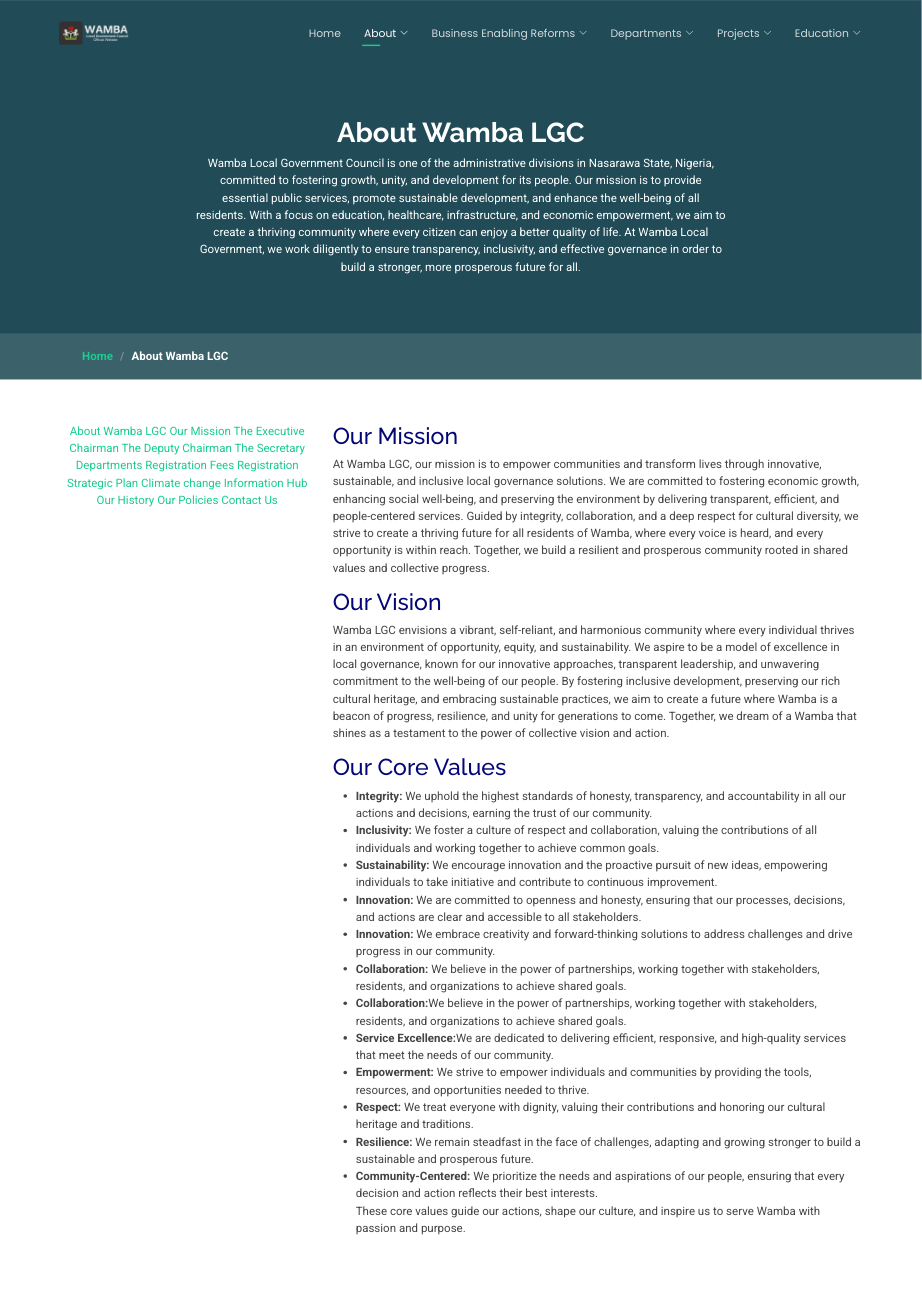
Repository: GlorifiedIntel/wamba-lgc
Page: about-wamba.html
The author's editor kept a copy of each file at every save. The page is drawn from the files as they stood at one save, then again after the next save.
The browser window is 1280 px wide. The pictures show the part of the page from y = 0 to 1822 px (the page is 3531 px tall before and 4003 px after), at 72% of full size.
A picture or video elsewhere on the page could not be fetched, so the positions and the page height are approximate.

Above is the page before, as saved 2025-02-06 02:01:49.
Console error: TypeError: Cannot read properties of null (reading 'click')

After the next save:
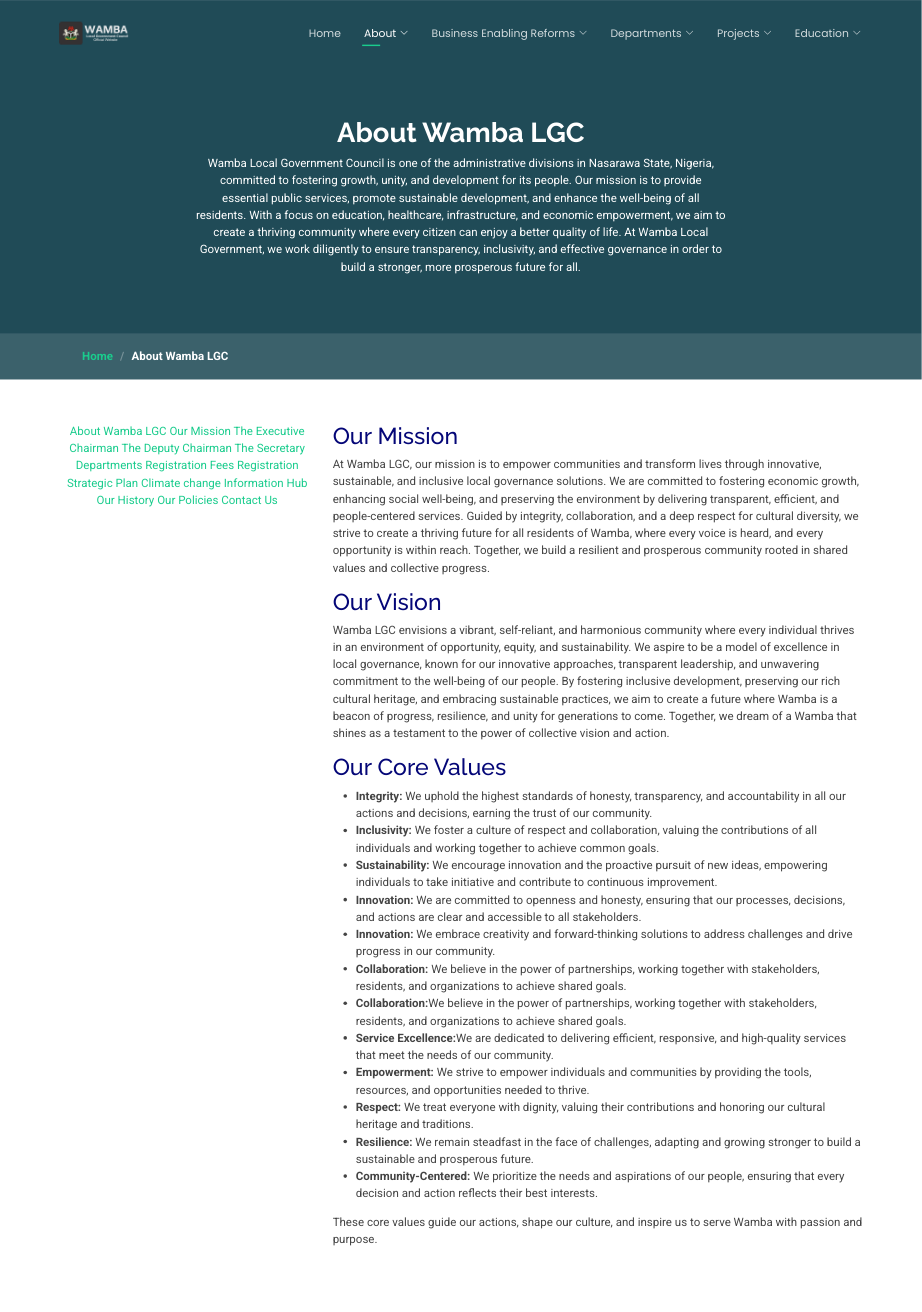
Saved 6 min 54 s later.
--- a/about-wamba.html
+++ b/about-wamba.html
@@ -165,8 +165,8 @@
           <li><strong>Respect:</strong> We treat everyone with dignity, valuing their contributions and honoring our cultural heritage and traditions.</li>
           <li><strong>Resilience:</strong> We remain steadfast in the face of challenges, adapting and growing stronger to build a sustainable and prosperous future. </li>
           <li><strong>Community-Centered:</strong> We prioritize the needs and aspirations of our people, ensuring that every decision and action reflects their best interests.</li>
-          <p>These core values guide our actions, shape our culture, and inspire us to serve Wamba with passion and purpose.</p>
     </ul>
+    <p>These core values guide our actions, shape our culture, and inspire us to serve Wamba with passion and purpose.</p>
 </div>
 </section><!-- /Section end -->
 </main>
@@ -178,7 +178,18 @@
             <div class="me-md-2 me-lg-5 text-center mt-5 mt-md-0">
               <span class="text-muted">Our Goals</span>
               <h2 class="display-5 fw-bold">Our Strategic Goals</h2>
-              <p class="elhanan">Business innovation, equity, and resilience are the core principles that guide the efforts of the Nasarawa State Ministry of Trade, Industry, and Investment. These principles are fundamental to our primary objective of enhancing Nasarawa State’s competitiveness in the global economy. The Ministry is committed to a singular, overarching goal: to improve Nasarawa’s economic competitiveness both locally and globally. Each of the Ministry's strategic goals is designed to advance this mission and support the achievement of this critical objective.</p>
+              <ul>
+                <li><strong>Enhance Service Delivery:</strong> Improve the quality, efficiency, and accessibility of public services to meet the needs of all residents.</li>
+                <li><strong>Promote Economic Growth:</strong> Foster local economic development by supporting entrepreneurship, creating job opportunities, and attracting investments.</li>
+                <li><strong>Ensure Sustainable Development:</strong> Implement environmentally friendly policies and practices to protect natural resources and promote sustainable community growth.</li>
+                <li><strong>Strengthen Community Engagement:</strong> Build stronger partnerships with residents, stakeholders, and organizations to ensure inclusive participation in decision-making processes.</li>
+                <li><strong>Improve Infrastructure:</strong> Develop and maintain critical infrastructure, including roads, water supply, healthcare, and education facilities, to enhance quality of life.</li>
+                <li><strong>Empower Vulnerable Groups:</strong> Implement programs that support women, youth, persons with disabilities, and other marginalized groups to ensure equitable access to opportunities.</li>
+                <li><strong>Enhance Governance and Transparency:</strong> Strengthen accountability mechanisms and promote transparent governance to build public trust and confidence.</li>
+                <li><strong>Preserve Cultural Heritage:</strong> Protect and promote Wamba’s rich cultural heritage, fostering pride and unity within the community.</li>
+                <li><strong>Build Resilience to Climate Change:</strong> Develop strategies to mitigate and adapt to the impacts of climate change, ensuring the community’s long-term sustainability.</li>
+                <li><strong>Foster Innovation and Technology:</strong> Leverage technology and innovative solutions to improve service delivery, communication, and community development initiatives.</li>
+              </ul>
             </div>
           </div>
           <div class="col-md-6 order-1 order-lg-2">
